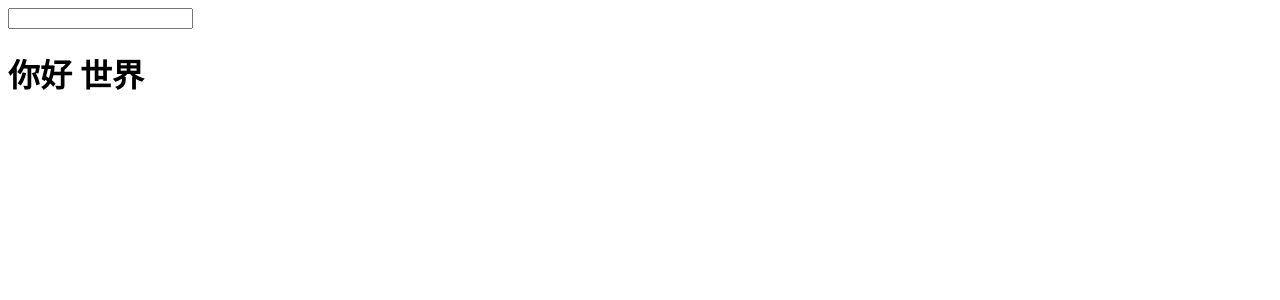
Repository: 1404413577/jsdemo
Page: javascript/数据的双向绑定.html
These files come from the project's save history. The page is drawn as it stood at one moment and after the next save; the edit follows.
The browser window is 1280 px wide. The pictures show the whole page.

Above is the page before, as saved 2022-11-25 14:06:29.

After the next save:
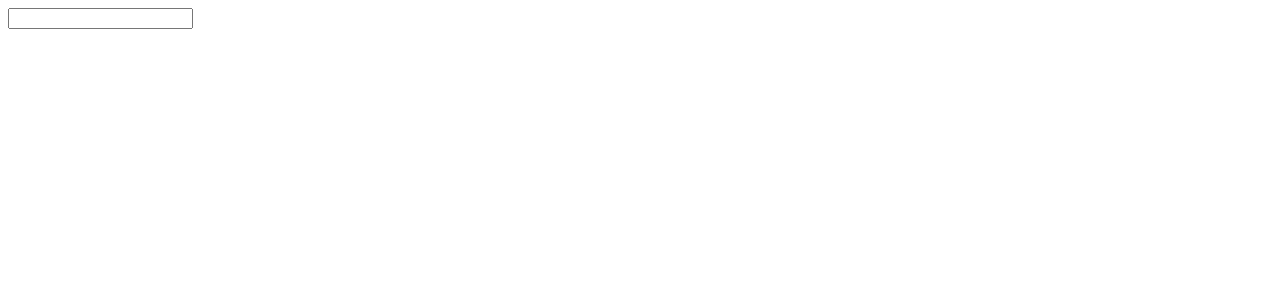
Saved 6 s later.
--- a/javascript/数据的双向绑定.html
+++ b/javascript/数据的双向绑定.html
@@ -9,7 +9,7 @@
 <body>
     <div>
         <input type="text" value="" id="ipt">
-        <h1 id="h1">你好 世界</h1>
+        <h1 id="h1"></h1>
     </div>
 </body>
 <script>

After the save that followed:
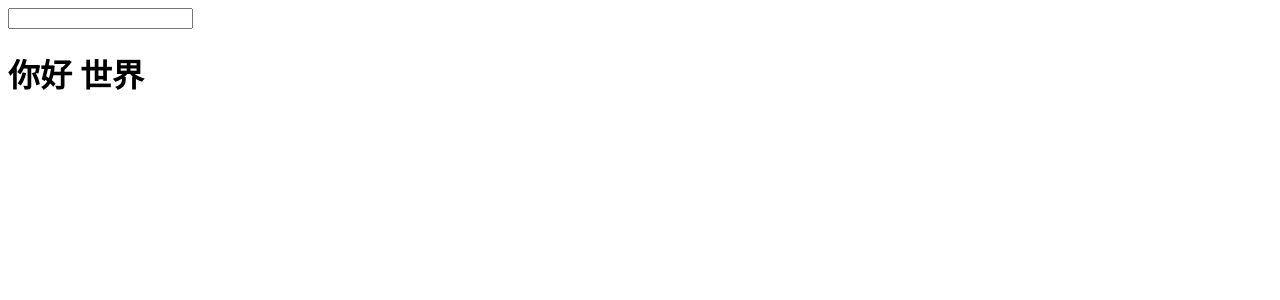
Saved 43 s later.
--- a/javascript/数据的双向绑定.html
+++ b/javascript/数据的双向绑定.html
@@ -26,6 +26,6 @@
         }
     })
 
-    data.innerHTML = h1
+    h1.innerHTML = data.msg
 </script>
 </html>
